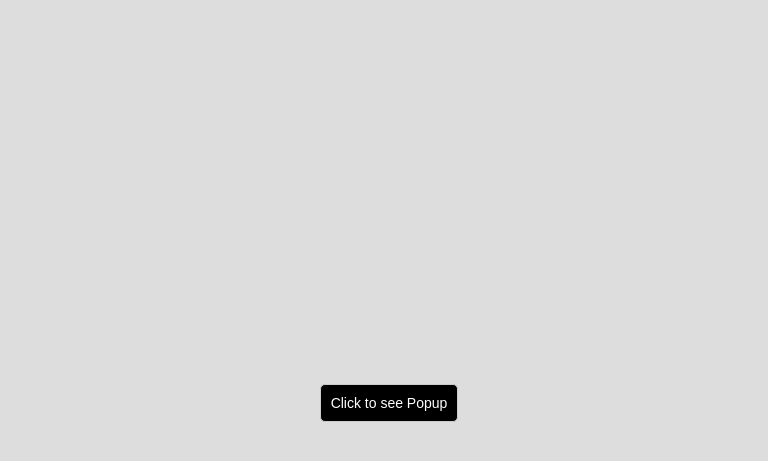
Repository: ble-syn/reactModal
Page: /
These files come from the project's save history. The page is drawn as it stood at one moment and after the next save; the edit follows.
The browser window is 768 px wide. The pictures show the whole page.
The project was rebuilt for these pictures with package versions that can differ from the ones it lists, and the page was loaded fresh each time. Also part of the build but not shown: src/components/Modal.jsx.

Above is the page before, as saved 2022-11-10 21:43:49.

After the next save:
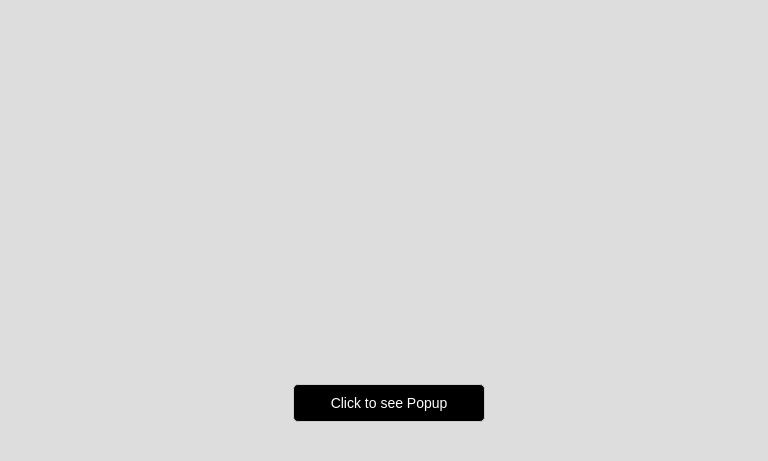
Saved 71 s later.
--- a/src/index.css
+++ b/src/index.css
@@ -122,5 +122,8 @@
     margin: 50% auto 0;
     width: 50%;
   }
+  .btn{
+    width: 50%;
+  }
 
 }
